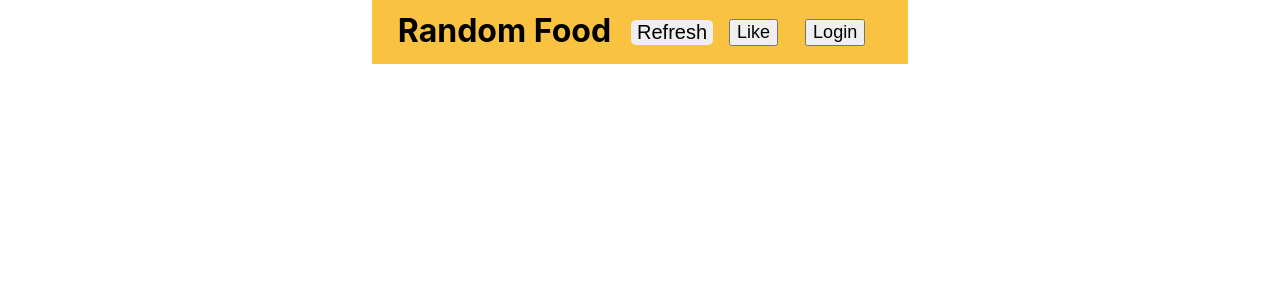
Repository: limjoohyun2030/random-food
Page: /random-food/home
These files come from the project's save history. The page is drawn as it stood at one moment and after the next save; the edit follows.
The browser window is 1280 px wide. The pictures show the whole page.
The page's requests for data from a server got no answer. The project was rebuilt for these pictures with package versions that can differ from the ones it lists, and the page was loaded fresh each time. A package was used in the major version that the imports need, not the one package.json lists. No one was signed in, and anything a server would have sent is missing. Also part of the build but not shown: src/components/food_detail/food_detail.module.css, src/components/food_detail/food_detail.jsx, src/components/food_item/food_item.module.css, src/components/food_item/food_item.jsx, src/components/login/login.module.css, src/components/login/login.jsx.

Above is the page before, as saved 2021-11-11 01:40:16.

After the next save:
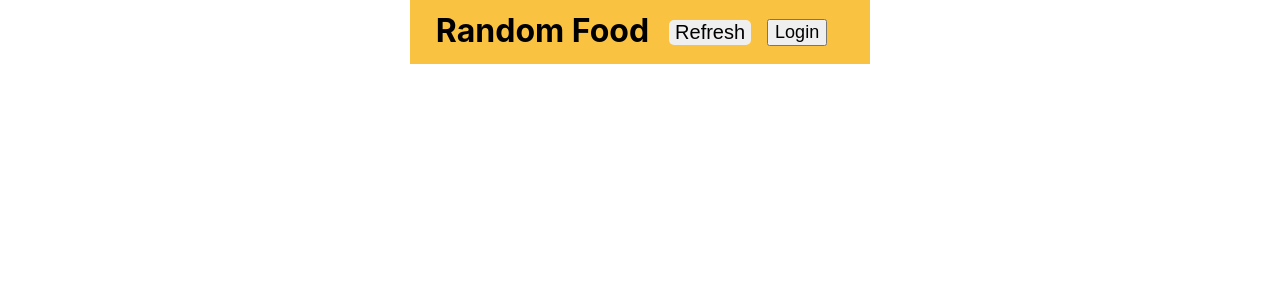
Saved 9 min 46 s later.
--- a/src/components/header/header.jsx
+++ b/src/components/header/header.jsx
@@ -22,7 +22,7 @@ const Header = ({ onRefreshClick }) => {
       </div>
       {/* fontawesome needed */}
       <div className={styles.rightbox}>
-        <button className={styles.like}>Like</button>
+        {/* <button className={styles.like}>Like</button> */}
         <button className={styles.login}>Login</button>
       </div>
     </header>
